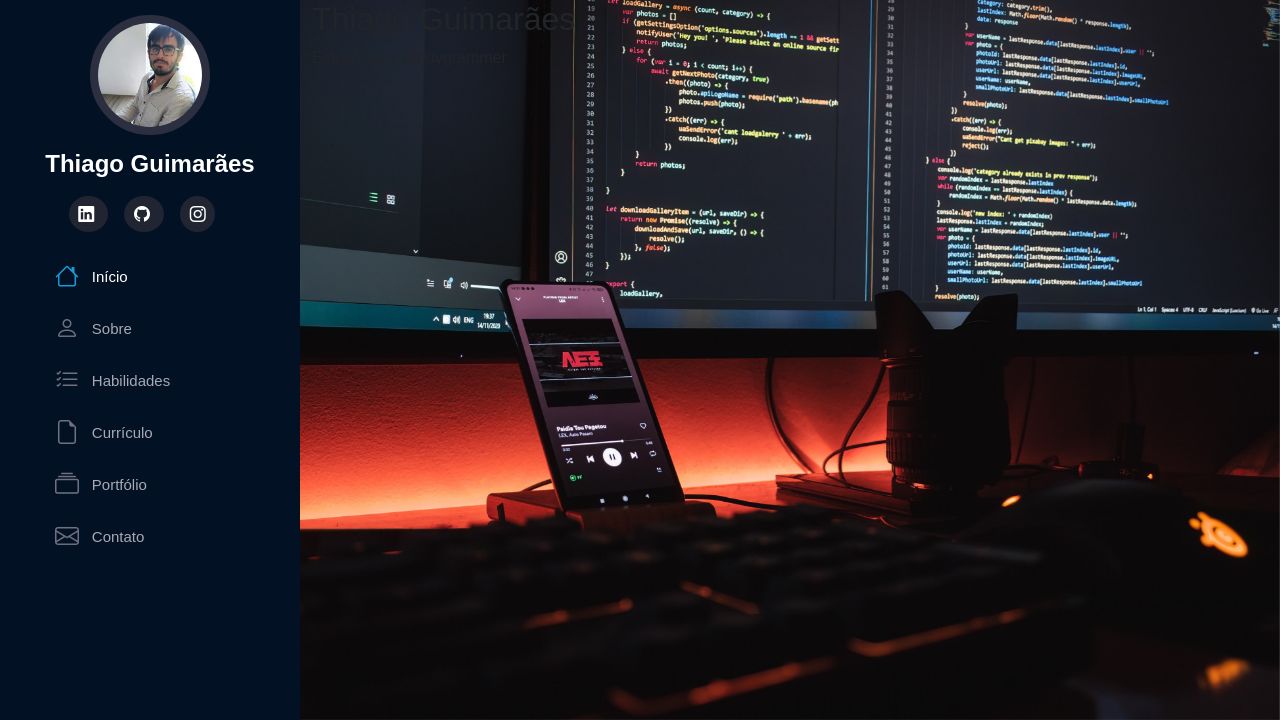
Repository: Rayago/projeto-portfolio
Page: http://localhost/
An editor plug-in stored every save of this project. The page is shown before and after the next save, followed by the edit.
The browser window is 1280 px wide. The pictures show the whole page.
Some web fonts or font styles are not loaded; a fallback is used. The page is served by the project's application, run on Flask 3 (app.py).

Above is the page before, as saved 2022-07-12 17:12:28.

After the next save:
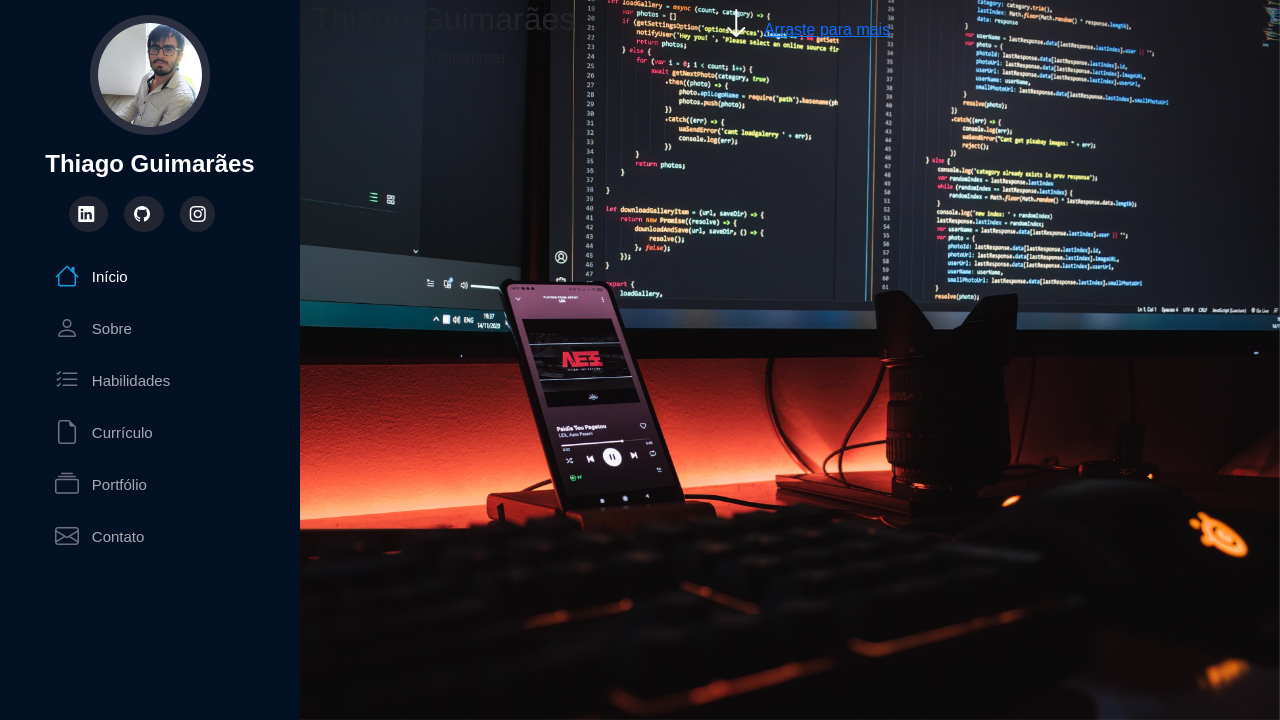
Saved 4 min 21 s later.
--- a/templates/index.html
+++ b/templates/index.html
@@ -61,6 +61,11 @@
                 <h2>Thiago Guimarães</h2>
                 <span>Estudante e Studygrammer</span>
             </div>
+
+            <div class="col-md-7">
+                <i class="bi bi-arrow-down text-white pe-2 fs-2" aria-hidden="true"></i>
+                <a href="">Arraste para mais</a>
+            </div>
         </section>
 
     </main>
